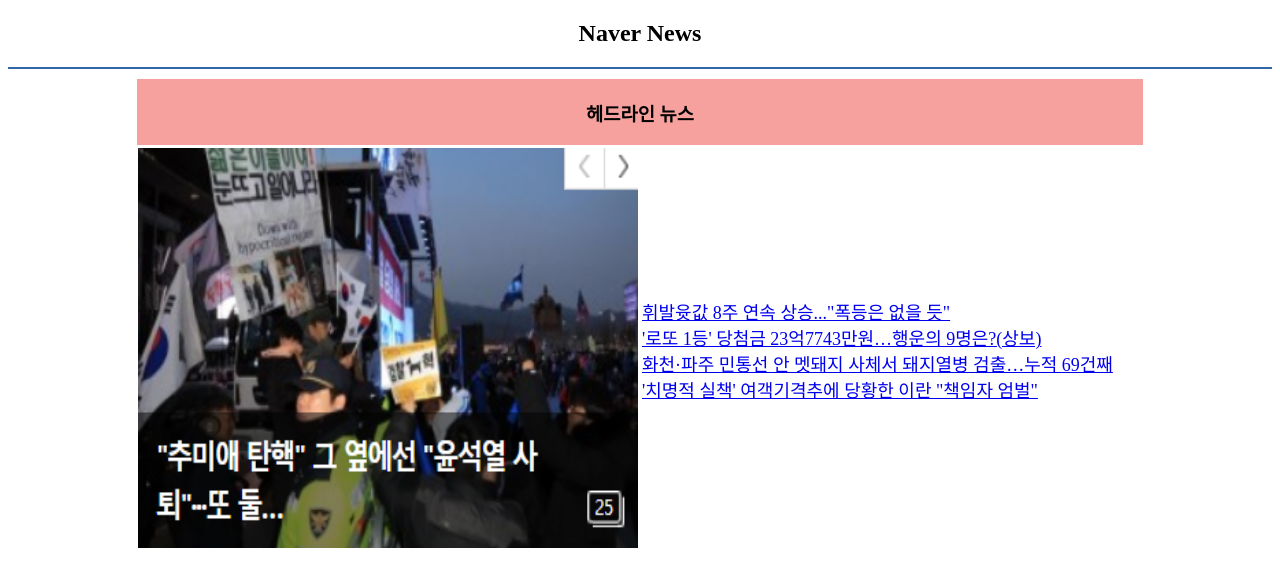
Repository: ujin2021/jsp_study
Page: jsp01/WebContent/naver.html
An editor plug-in stored every save of this project. The page is shown before and after the next save, followed by the edit.
The browser window is 1280 px wide. The pictures show the whole page.

Above is the page before, as saved 2020-01-11 16:26:41.

### jsp01/WebContent/naver.html
<!DOCTYPE html>
<html>
<head>
<meta charset="EUC-KR">
<title>CopyNaver</title>
</head>
<body>
	<center>
		<h2 color="#3268a8">Naver News</h2>
		<hr color="#3268a8">
	</center>
	<table align="center">
		<tr align="center" bgcolor="#f7a19e">
			<td colspan="2">
				<h3 color="#3268a8">헤드라인 뉴스</h3>

			</td>
		</tr>
		<tr align="center">
			<td>
				<a href="https://news.naver.com/main/read.nhn?mode=LSD&mid=shm&sid1=102&oid=025&aid=0002967042">
					<img alt="headline" src="img/navernews.PNG" width="500" height="400">
				</a>
			</td>
			<td align="left" width="500">
				<a href="https://news.naver.com/main/read.nhn?mode=LSD&mid=shm&sid1=101&oid=052&aid=0001387265">
					<font size="4">휘발윳값 8주 연속 상승..."폭등은 없을 듯"</font>
				</a><br>
				<a href="https://news.naver.com/main/read.nhn?mode=LSD&mid=shm&sid1=102&oid=008&aid=0004338599">
					<font size="4">'로또 1등' 당첨금 23억7743만원…행운의 9명은?(상보)</font>
				</a><br>
				<a href="https://news.naver.com/main/read.nhn?mode=LSD&mid=shm&sid1=102&oid=003&aid=0009649524">
					<font size="4">화천·파주 민통선 안 멧돼지 사체서 돼지열병 검출…누적 69건째</font>
				</a><br>
				<a href="https://news.naver.com/main/read.nhn?mode=LSD&mid=shm&sid1=104&oid=001&aid=0011329027">
					<font size="4">'치명적 실책' 여객기격추에 당황한 이란 "책임자 엄벌"</font>
				</a><br>
			</td>
		</tr>
	</table>

</body>
</html>

After the next save:
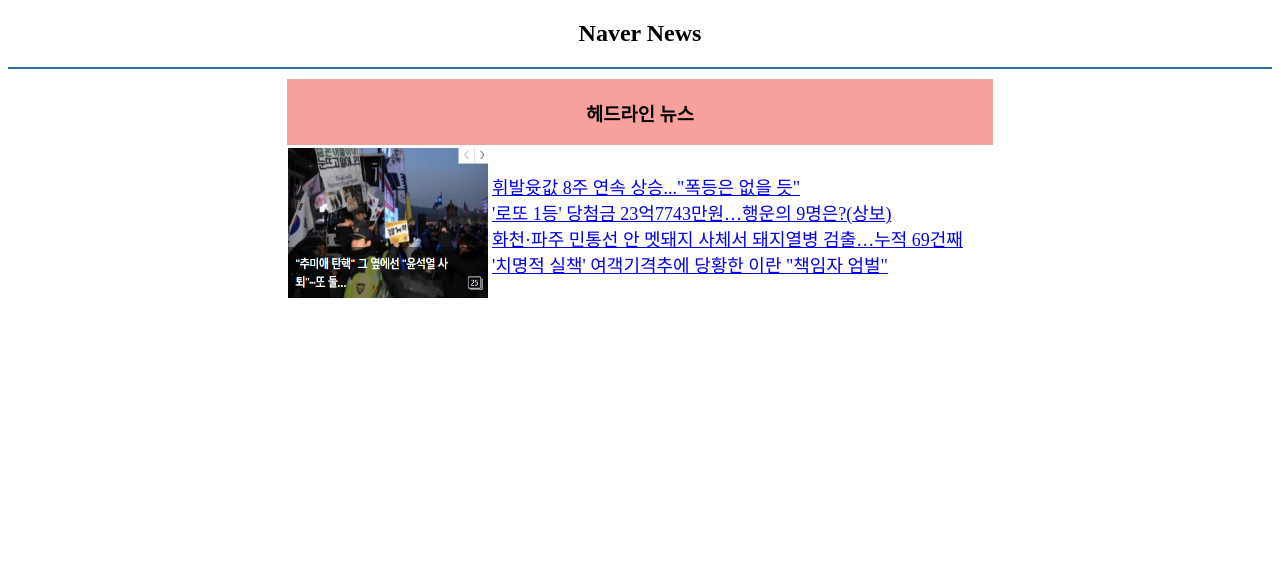
Saved 11 s later.
--- a/jsp01/WebContent/naver.html
+++ b/jsp01/WebContent/naver.html
@@ -19,7 +19,7 @@
 		<tr align="center">
 			<td>
 				<a href="https://news.naver.com/main/read.nhn?mode=LSD&mid=shm&sid1=102&oid=025&aid=0002967042">
-					<img alt="headline" src="img/navernews.PNG" width="500" height="400">
+					<img alt="headline" src="img/navernews.PNG" width="200" height="150">
 				</a>
 			</td>
 			<td align="left" width="500">
